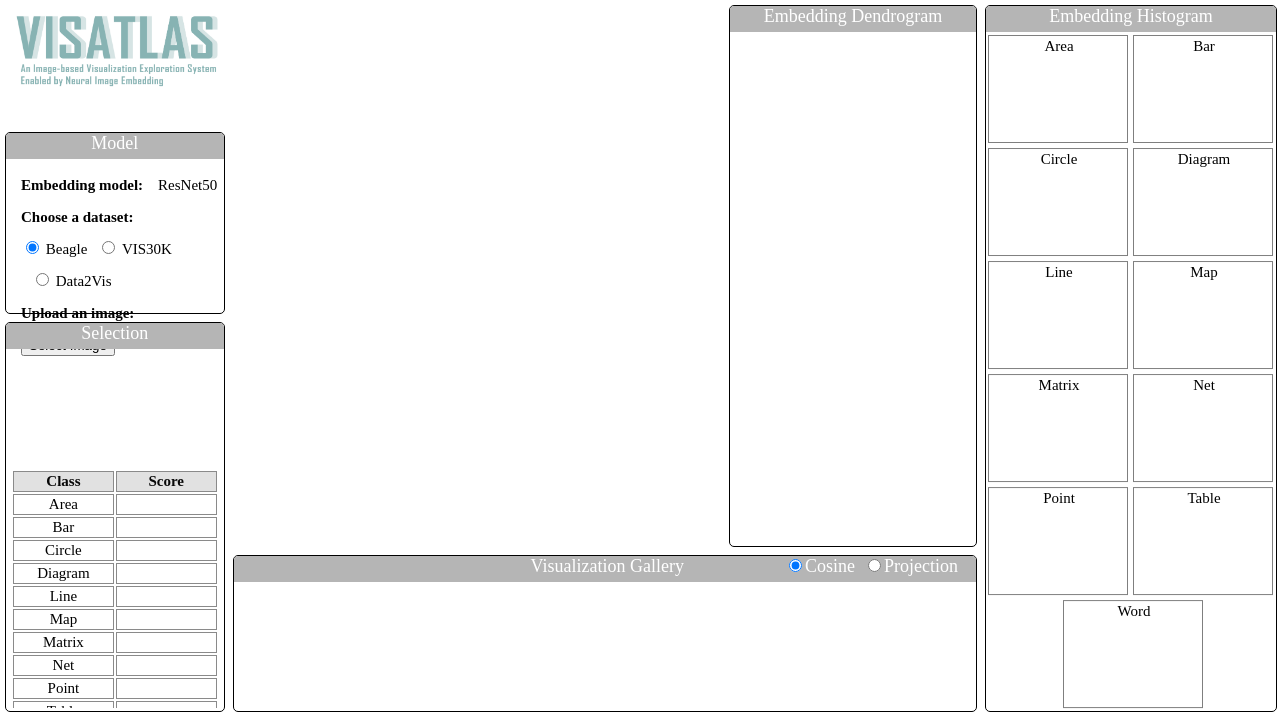
Repository: yilinye/AI_and_human_paintings
Page: / (app in VIS4AI_art/Frontend/)
The author's editor kept a copy of each file at every save. The page is drawn from the files as they stood at one save, then again after the next save.
The browser window is 1280 px wide. The pictures show the whole page.
The page's requests for data from a server got no answer. The project was rebuilt for these pictures with package versions that can differ from the ones it lists, and the page was loaded fresh each time. No one was signed in, and anything a server would have sent is missing. Also part of the build but not shown: VIS4AI_art/Frontend/vite.config.js, VIS4AI_art/Frontend/vue.config.js, VIS4AI_art/Frontend/src/components/WelcomeItem.vue, VIS4AI_art/Frontend/src/components/icons/IconDocumentation.vue, VIS4AI_art/Frontend/src/components/icons/IconTooling.vue, VIS4AI_art/Frontend/src/components/icons/IconEcosystem.vue, VIS4AI_art/Frontend/src/components/icons/IconCommunity.vue, VIS4AI_art/Frontend/src/components/icons/IconSupport.vue and 2 more.

Above is the page before, as saved 2022-04-30 21:16:51.

### VIS4AI_art/Frontend/src/App.vue
<!--
 * @Author: Qing Shi
 * @LastEditTime: 2022-04-12 22:41:44
 * @Knowledge:
 * @Description:
 * @Attention:
-->

<template>
  <VisView/>
</template>

<script>
import VisView from "./views/visView.vue";

// var Event = new Vue();
export default {
    components: { VisView }
}
</script>

<style>
@import "./assets/base.css";

#app {
  height: calc(100%);
  font-weight: normal;
}

</style>

### VIS4AI_art/Frontend/src/assets/base.css
body {

  margin: 0%;
  height: 100%;
  width: 100%;
  background-color: rgb(255, 255, 255);
  overflow: hidden;
}


#titleBar {
  background: rgb(181, 181, 181);
  height: 26px;
  width: calc(100% + 0px);
  border-radius: 4px 4px 0px 0px;
  /* border: solid 1px; */
  transform: translate(0px);
  text-align: center;
  color: white;
  font-size: 18px;
}


/*chrome--------------------------------------------start*/
::-webkit-scrollbar {
  width: 8px;
  height: 8px;
}

/* Track */
::-webkit-scrollbar-track {
  background: #ffffff;
  border-radius: 8px;
}

/* Handle */
::-webkit-scrollbar-thumb {
  background: rgb(201, 201, 202);
  border-radius: 8px;
}

/* Handle on hover */
::-webkit-scrollbar-thumb:hover {
  background: rgb(162, 162, 163);
}

.el-menu::-webkit-scrollbar,
.el-table__body-wrapper::-webkit-scrollbar {
  display: none;
}

.el-menu:hover::-webkit-scrollbar,
.el-table__body-wrapper:hover::-webkit-scrollbar {
  display: block;
}

/*chrome--------------------------------------------end*/

### VIS4AI_art/Frontend/src/views/visView.vue
<template>
  <div style="height:100%;width:100%;">
    <!-- System Logo -->
    <div id="logoView">
      <img
        src="../assets/logo.png"
        alt=""
        style="width: 100%; height=auto;"
      >
    </div>
    <!-- Model -->
    <div id="modelView">
      <ModelView
        @getFilePath="getFilePath"
        @queryNode="updateQuery"
      />
    </div>
    <!-- Selection -->
    <div id="selectView">
      <SelectView />
    </div>
    <!-- Main View -->
    <div id="mainView">
      <MainView
        ref="mainV"
        @updateTree="updateTree"
        @updateGallery="updateGallery"
      />
    </div>
    <!-- Embedding Dendrogram -->
    <div id="dendrogramView">
      <DendrogramView ref="dendrogram" />
    </div>
    <!-- Embedding Histogram -->
    <div id="histogramView">
      <HistogramView @updateTree="updateTree" />
    </div>
    <!-- Visualization Gallery -->
    <div id="galleryView">
      <GalleryView
        ref="gallery"
        @updateGType="updateType"
        @updateSelectNode="updateSelectNode"
      />
    </div>
  </div>
</template>

<script>
import * as d3 from 'd3';
import SelectView from "../components/selectView.vue";
import MainView from "../components/mainView.vue";
import DendrogramView from "../components/dendrogramView.vue";
import HistogramView from "../components/histogramView.vue";
import GalleryView from "../components/galleryView.vue";
import ModelView from "../components/modelView.vue";
export default {
  components: { SelectView, MainView, DendrogramView, HistogramView, GalleryView, ModelView },
  data () {
    return {
      //! init file path
      pth: { filePath: "/src/visData/Beagle reorder.csv" },

      // pth: { filePath: "/src/visData/data2vis reorder.csv" },
    }
  },
  provide () {
    //! we need provide an object, which can watch by other components
    return {
      fileP: this.pth,
    }
  },
  methods: {
    /**
     * @description: change file path from model view's <input>
     * @param {String} val file path from model
     * @return {*} none
     */
    getFilePath: function (val) {
      this.pth.filePath = val;
      this.fileP = this.pth;
    },
    /**
     * @description: change dendrogram view's tree
     * @param {Array} treeData data of the tree
     * @param {Int} sumTree Number of all selected elements
     * @return {*}
     */
    updateTree (treeData, sumTree) {
      this.$refs.dendrogram.drawTree(treeData, sumTree);
    },
    /**
     * @description: change the gallery using new selected element data
     * @param {Array} data
     * @return {*}
     */
    updateGallery (data) {
      this.$refs.gallery.setCloseNode(data);
    },
    /**
     * @description: change gallery type (Cosine or Projection)
     * @param {*} data Calculation method of distance (Cosine or Projection)
     * @return {*}
     */
    updateType (data) {
      this.$refs.mainV.setGalleryType(data);
    },
    /**
     * @description: set a new selected node to refresh the system
     * @param {*} data selected element (node) data
     * @return {*}
     */
    updateSelectNode (data) {
      this.$refs.mainV.setSelectNode(data);
    },
    /**
     * @description: query a new Picture
     * @param {*} data new picture information which from model view
     * @return {*}
     */
    updateQuery (data) {
      this.$refs.mainV.setQuery(data);
    }
  }
}
</script>

<style>
#logoView {
  position: absolute;
  left: 5px;
  top: 5px;
  /* height: 17%; */
  width: 17%;
  margin-left: 5px;
  /* border: solid 1px; */
}

#modelView {
  /* margin-left: 5px; */
  position: absolute;
  left: 5px;
  top: calc(17% + 5px + 5px);
  height: 25%;
  width: 17%;
  border: solid 1px;
  border-radius: 5px;
}

#selectView {
  position: absolute;
  left: 5px;
  top: calc(42% + 15px + 5px);
  height: calc(58% - 30px);
  width: 17%;
  border: solid 1px;
  border-radius: 5px;
}

#mainView {
  position: absolute;
  left: calc(15px + 17%);
  top: calc(5px);
  height: calc(75%);
  width: calc(38%);
  /* border: solid 1px;
  border-radius: 5px; */
}

#dendrogramView {
  position: absolute;
  left: calc(25px + 55%);
  top: calc(5px);
  height: calc(75%);
  width: calc(20% - 10px);
  border: solid 1px;
  border-radius: 5px;
}

#galleryView {
  position: absolute;
  left: calc(15px + 17%);
  top: calc(15px + 75%);
  height: calc(25% - 25px);
  width: calc(58%);
  border: solid 1px;
  border-radius: 5px;
}

#histogramView {
  position: absolute;
  left: calc(25px + 75%);
  top: calc(5px);
  height: calc(100% - 15px);
  width: calc(25% - 30px);
  border: solid 1px;
  border-radius: 5px;
}
</style>

### VIS4AI_art/Frontend/src/components/selectView.vue
<!--
 * @Author: Qing Shi
 * @LastEditTime: 2022-04-30 20:52:22
 * @Knowledge:
 * @Description:
 * @Attention:
-->
<template>
  <div style="height: 100%">
    <div id="titleBar">
      {{ viewName }}
    </div>
    <div id="selectPic">
      <div
        v-if="isChoose"
        id="isChoose"
      >
        <img
          id="nodePic"
        >
      </div>
    </div>
    <div id="selectTable">
      <table style="width:calc(100% - 10px);text-align: center;margin-top:2px;height:calc(100% - 10px);margin-bottom:5px;margin-left:5px; margin-right: 5px;">
        <tr style="height:calc(8% - 30px)">
          <th>Class</th>
          <th>Score</th>
        </tr>
        <tr
          v-for="item in items"
          :key="item.className"
          style="height:calc(8% - 30px)"
        >
          <td>{{ item.className }}</td>
          <td :id="item.className+'Table'">{{ item.classScore }}</td>
        </tr>
      </table>
    </div>
  </div>
</template>

<script>
export default {
  data () {
    return {
      viewName: "Selection",
      isChoose: true,
      picPath: "/src/assets/logo.svg",
      items: {
        Area: { className: "Area", classScore: "" },
        Bar: { className: "Bar", classScore: "" },
        Circle: { className: "Circle", classScore: "" },
        Diagram: { className: "Diagram", classScore: "" },
        Line: { className: "Line", classScore: "" },
        Map: { className: "Map", classScore: "" },
        Matrix: { className: "Matrix", classScore: "" },
        Net: { className: "Net", classScore: "" },
        Point: { className: "Point", classScore: "" },
        Table: { className: "Table", classScore: "" },
        Word: { className: "Word", classScore: "" },
      }
    }
  }
}
</script>

<style>
#selectPic {
  height: 30%;
  width: 100%;
}
#isChoose {
  text-align: center;
  margin-top: 1px;
  margin-left: 6px;
  margin-right: 6px;
  margin-bottom: 2px;
  height: 100%;
  display: flex;
  flex-direction: column;
  justify-content: center;
  align-items: center;
}
#selectTable {
  height: calc(70% - 30px);
  width: 100%;
  overflow: auto;
  /* background-color: #000000; */
}

th {
  text-align: middle;
  /* padding-left: 45px; */
  /* border-bottom: 1px solid #ddd; */
  border: 1px solid rgb(138, 138, 138);
  /* background-color: white; */
  background-color: rgb(225, 225, 225);
  color: rgb(7, 7, 7);
  font-size: 15px;
  /* color: white; */
}

td {
  text-align: middle;
  /* padding-left: 45px; */
  width: 50%;
  /* border-bottom: 1px solid #ddd; */
  border: 1px solid rgb(138, 138, 138);
  font-size: 15px;
  color: black;
  /* height: 100% */
}

/* tr {
  height: calc(100%)
} */

tr:hover {
  background-color: rgb(231, 164, 179);
}
</style>

### VIS4AI_art/Frontend/src/components/galleryView.vue
<template>
  <div style="width: 100%; height: 100%;">
    <div id="titleBar">
      <span style="position: absolute; left: 40%;">{{ viewName }}</span>
      <span style="float: right">
        <form
          id="select-distance"
          style="margin-top:0;margin-right:18px"
        >

          <input
            type="radio"
            id="metricChoice1"
            name="contact"
            value="cosine"
            checked="checked"
            @click="updateType('Cosine')"
          >
          <label for="metricChoice1">Cosine</label>

          <input
            type="radio"
            id="metricChoice2"
            name="contact"
            value="radviz"
            style="margin-left:13px;padding-top:50%;"
            @click="updateType('Projection')"
          >
          <label for="metricChoice2">Projection</label>

        </form>
      </span>

    </div>
    <div id="nodeGallery">
      <div style="height: 100%; white-space: nowrap;">
        <div
          v-for="(item, index) in closeNode"
          :key="index"
          class="closeNode"
        >
          <img
            :src="'/src/assets' + item.path.slice(1)"
            alt=""
            :pid="item.pid"
            style="height:100%;"
            @click="updateSelectNode(item)"
          >
        </div>
      </div>
    </div>
  </div>
</template>

<script>
export default {
  data () {
    return {
      viewName: "Visualization Gallery",
      closeNode: []
    }
  },
  methods: {
    /**
     * @description: set the closeNode
     * @param {Array} data picture information from visView.vue
     * @return {*}
     */
    setCloseNode (data) {
      // console.log(data);
      this.closeNode = data;
    },
    /**
     * @description: change the gallery type
     * @param {String} data Cosine / Projection
     * @return {*}
     */
    updateType (data) {
      // console.log(data)
      this.$emit('updateGType', data);
    },
    /**
     * @description: select a picture and upload information
     * @param {*} data data bound to the picture
     * @return {*}
     */
    updateSelectNode (data) {
      this.$emit("updateSelectNode", data);
    }
  }
}
</script>

<style>
#nodeGallery {
  overflow-x: scroll;
  overflow-y: hidden;
  width: 100%;
  height: calc(100% - 30px);
}
.closeNode {
  /* position: absolute; */
  /* width: 20%; */
  height: calc(100% - 10px);
  /* padding-bottom: 50%; */
  /* position: fixed; */
  margin-top: 5px;
  margin-bottom: 5px;
  border: solid 1px;
  margin-left: 2.5px;
  margin-right: 2.5px;
  /* float: left; */
  white-space: normal;
  display: inline-block;
  /* display: flex; */
  flex-direction: column;
  justify-content: center;
  align-items: center;
}
</style>

### VIS4AI_art/Frontend/src/components/modelView.vue
<!--
 * @Author: Qing Shi
 * @LastEditTime: 2022-04-28 12:14:22
 * @Knowledge:
 * @Description:
 * @Attention:
-->
<template>
  <div>
    <div id="titleBar">
      {{ viewName }}
    </div>
    <div id="panel">
      <span style="font-weight: bold;">Embedding model:</span>&nbsp;&nbsp;&nbsp;&nbsp;ResNet50
      <br>
      <span style="font-weight: bold;">Choose a dataset:</span>
      <br>
      <form>
        <div style="display:inline-block">
          <input
            type="radio"
            id="cbox1"
            name="dataset"
            value="Beagle"
            @click="chooseFile('/src/visData/Beagle reorder.csv')"
            source="/src/visData/Beagle reorder.csv"
            checked
          >
          Beagle
        </div>

        <div style="margin-left:10px;display:inline-block">
          <input
            type="radio"
            id="cbox2"
            name="dataset"
            value="Vis30k"
            @click="chooseFile('/src/visData/vis30k reorder.csv')"
            source="/src/visData/vis30k reorder.csv"
          >
          VIS30K
        </div>

        <div style="margin-left:10px;display:inline-block">
          <input
            type="radio"
            id="cbox3"
            name="dataset"
            value="Data2Vis"
            @click="chooseFile('/src/visData/data2vis reorder.csv')"
            source="/src/visData/data2vis reorder.csv"
          >
          Data2Vis
        </div>

        <input
          type="submit"
          value="Submit"
          style="display:none"
          id="dataset submit"
        >
      </form>
      <!-- <br> -->
      <span style="font-weight: bold;">Upload an image:</span> &nbsp;
      <button onclick="upload.click()">Select Image</button>
      <div style="display:none;">
        <form
          action=""
          method="post"
          enctype='multipart/form-data'
        >
          <input
            type="file"
            name="image"
            id="upload"
            style="display:none;"
            @change="chooseImage($event)"
          />
        </form>
        <!-- <form id="uploadForm" :onsubmit="PostData(event)" style="display:inline;margin-left:8px;">


					<input type="file" name="image" id="pic_img" style="display:none" @change="chooseFile($event)">
					<input type="submit" value="upload" id="img_submit" style="display:none">

					<label for="datasets" style="margin-left:11px;margin-top:11px">Upload an image:</label> <input
						type="button" value="Select image" id="button" style="margin-top:0;margin-left:23px">

				</form> -->
      </div>

    </div>
  </div>
</template>

<script>
import * as d3 from 'd3';
import { dataService } from '../service';
export default {
  // created() {
  //   this.chooseFile(this.fileName);
  // },
  data () {
    return {
      viewName: "Model",
      fileName: "/src/visData/Beagle reorder.csv",
      imageUrl: '',
      typeName: ["Area", "Bar", "Circle", "Diagram", "Line", "Map", "Matrix", "Net", "Point", "Table", "Word"]
    }
  },
  methods: {
    chooseFile: function (e) {
      this.fileName = e;
      this.$emit('getFilePath', e);
    },
    /**
     * @description: query and show picture
     * @param {*} e event
     * @return {*}
     */
    chooseImage: function (e) {
      // console.log(e);
      // d3.select("#img_submit").click();
      var file = e.target.files[0]
      var reader = new FileReader()
      var that = this
      reader.readAsDataURL(file)
      reader.onload = function (e) {
        // console.log("file name", file.name);
        // console.log("file type", file.type);
        // console.log("this.result", this.result)
        // that.imageUrl = '/src/assets/static/uploadImage/' + file.name;
        that.imageUrl = this.result;
        let pw = document.getElementById("isChoose").offsetWidth;
        let ph = document.getElementById("isChoose").offsetHeight;
        // console.log(ph, pw);
        if (ph * 2 > pw)
          d3.select("#nodePic").attr("style", 'width: 95%; border: solid 1px; transform: translate(0,0)');
        else
          d3.select("#nodePic").attr("style", 'height: 95%; border: solid 1px; transform: translate(0,0)');
        d3.select("#nodePic").attr("src", that.imageUrl);

      }
      dataService.queryImg({ "img_path": file.name }, data => {
        let d = data.data;
        for (let i in that.typeName) {
          document.getElementById(that.typeName[i] + 'Table').innerHTML = Math.round((d[that.typeName[i].toLowerCase()] * 100000)) / 100000;
        }
        d.pid = -1;
        // console.log(d);
        this.$emit("queryNode", d);
      })
    }
  }
}
</script>

<style>
#panel {
  /* text-align: center; */
  font-size: 15px;
  line-height: 2rem;
  margin-top: 10px;
  margin-left: 15px;
  margin-bottom: 10px;
}
</style>

Loaded but not shown: VIS4AI_art/Frontend/index.html (common file); VIS4AI_art/Frontend/src/service/modules/dataService.js (24 lines, source omitted); VIS4AI_art/Frontend/src/router/index.js (21 lines, source omitted); VIS4AI_art/Frontend/src/main.js (11 lines, source omitted); VIS4AI_art/Frontend/src/service/index.js (1 lines, source omitted); VIS4AI_art/Frontend/src/components/mainView.vue (839 lines, source omitted); VIS4AI_art/Frontend/src/components/histogramView.vue (377 lines, source omitted); VIS4AI_art/Frontend/src/components/dendrogramView.vue (279 lines, source omitted)

After the next save:
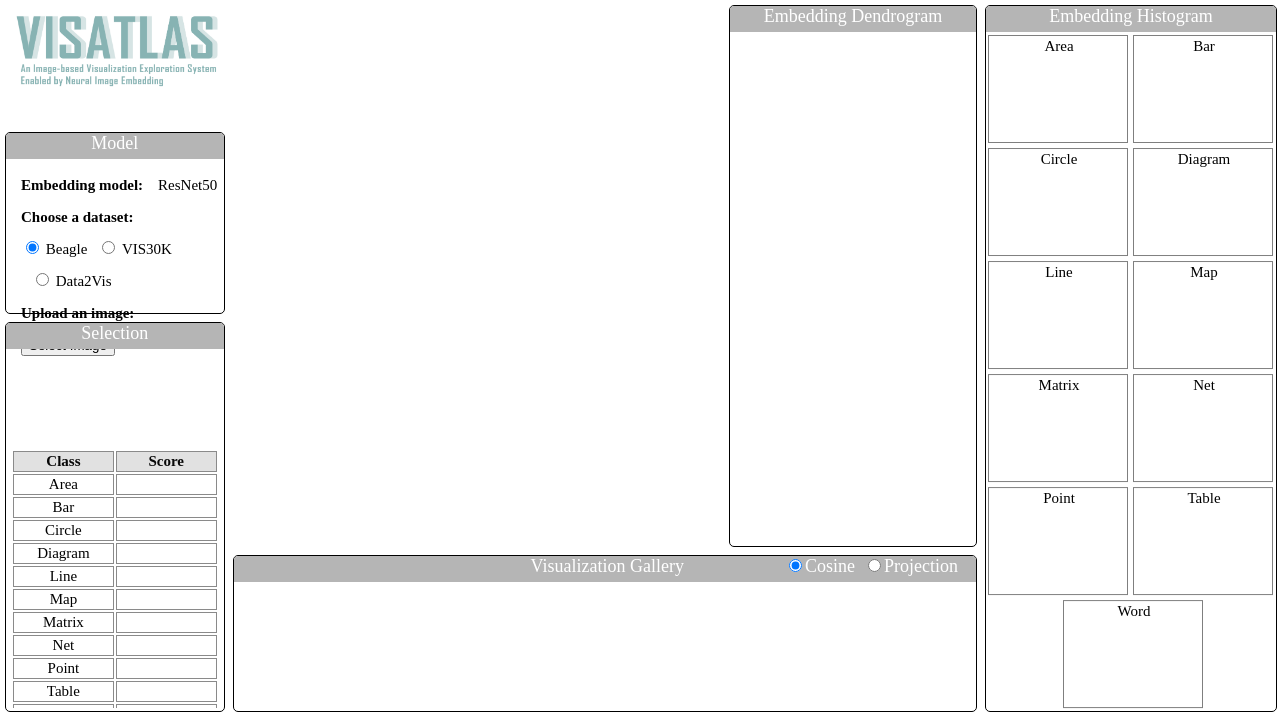
Saved 2 min 35 s later.
--- a/VIS4AI_art/Frontend/src/components/selectView.vue
+++ b/VIS4AI_art/Frontend/src/components/selectView.vue
@@ -1,6 +1,6 @@
 <!--
  * @Author: Qing Shi
- * @LastEditTime: 2022-04-30 20:52:22
+ * @LastEditTime: 2022-04-30 21:19:26
  * @Knowledge:
  * @Description:
  * @Attention:
@@ -66,7 +66,7 @@
 
 <style>
 #selectPic {
-  height: 30%;
+  height: 25%;
   width: 100%;
 }
 #isChoose {
@@ -82,7 +82,7 @@
   align-items: center;
 }
 #selectTable {
-  height: calc(70% - 30px);
+  height: calc(75% - 30px);
   width: 100%;
   overflow: auto;
   /* background-color: #000000; */

After the 2 saves that followed:
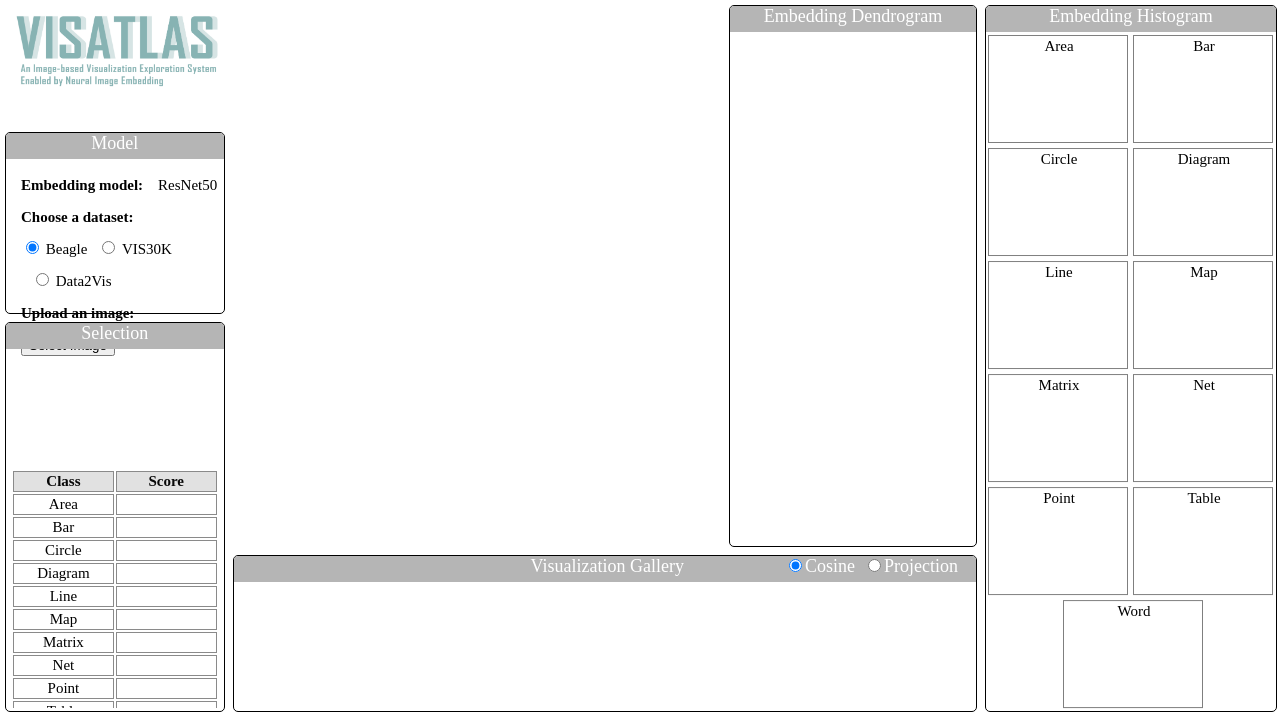
The 2 saves are shown as one change because they came seconds apart.
The last was saved 50 s later.
--- a/VIS4AI_art/Frontend/src/components/selectView.vue
+++ b/VIS4AI_art/Frontend/src/components/selectView.vue
@@ -1,6 +1,6 @@
 <!--
  * @Author: Qing Shi
- * @LastEditTime: 2022-04-30 21:19:26
+ * @LastEditTime: 2022-04-30 20:52:22
  * @Knowledge:
  * @Description:
  * @Attention:
@@ -66,7 +66,7 @@
 
 <style>
 #selectPic {
-  height: 25%;
+  height: 30%;
   width: 100%;
 }
 #isChoose {
@@ -82,7 +82,7 @@
   align-items: center;
 }
 #selectTable {
-  height: calc(75% - 30px);
+  height: calc(70% - 30px);
   width: 100%;
   overflow: auto;
   /* background-color: #000000; */
